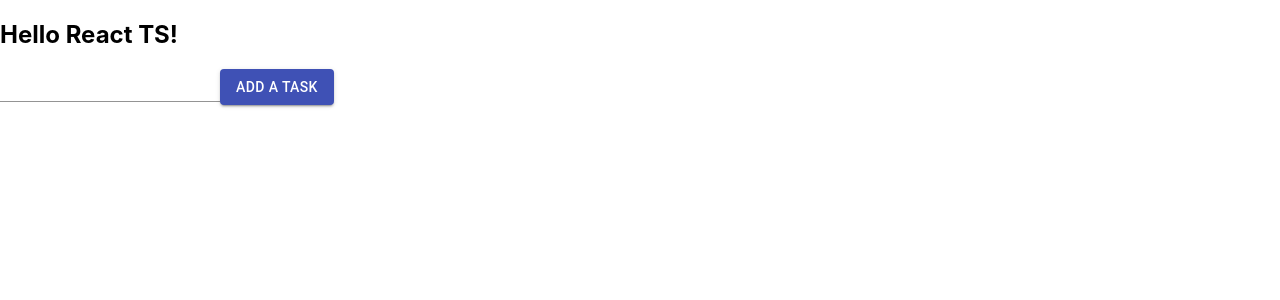
Repository: Salvaaragon/ItemListReact
Page: /
The author's editor kept a copy of each file at every save. The page is drawn from the files as they stood at one save, then again after a run of saves.
The browser window is 1280 px wide. The pictures show the whole page.
The project was rebuilt for these pictures with package versions that can differ from the ones it lists, and the page was loaded fresh each time. Also part of the build but not shown: src/components/TasksListItem.tsx.

Above is the page before, as saved 2019-08-04 11:22:10.

### src/App.tsx
import React, { Component } from 'react';
import { Task } from './models/task';
import { NewTaskForm } from './components/NewTaskForm';
import { TasksList } from './components/TaskList';

interface State {
	newTask: Task;
	tasks: Task[];
}

class App extends Component<{}, State> {

	private addTask = (event: React.FormEvent<HTMLFormElement>) => {
		event.preventDefault();

		this.setState(previousState => ({
			newTask: {
				id: previousState.newTask.id + 1,
				name: ""
			},
			tasks: [...previousState.tasks, previousState.newTask]
		}));
	};

	private handleTaskChange = (event: React.ChangeEvent<HTMLInputElement>) => {
		this.setState({
			newTask: {
				...this.state.newTask,
				name: event.target.value
			}
		});
	};

	private deleteTask = (taskToDelete: Task) => {
		this.setState(previousState => ({
			tasks: [
				...previousState.tasks.filter(task => task.id !== taskToDelete.id)
			]
		}));
	};


	state = {
		newTask: {
			id: 1,
			name: ""
		},
		tasks: []
	}

	render() {
		return(
			<div>
				<h2>Hello React TS!</h2>
				<NewTaskForm
					task={this.state.newTask}
					onAdd={this.addTask}
					onChange={this.handleTaskChange}
				/>
				<TasksList tasks={this.state.tasks} onDelete={this.deleteTask}/>
			</div>
		)
	}
}

export default App;

### src/components/NewTaskForm.tsx
import React, { FunctionComponent } from "react";
import { Task } from "../models/task";
import ReactDOM from 'react-dom';
import Button from '@material-ui/core/Button';
import Input from '@material-ui/core/Input';

interface Props {
    onChange: (event: React.ChangeEvent<HTMLInputElement>) => void;
    onAdd: (event: React.FormEvent<HTMLFormElement>) => void;
    task: Task;
}

export const NewTaskForm: FunctionComponent<Props> = ({
    onChange,
    onAdd,
    task
}) => (
    <div>
        <form onSubmit={onAdd}>
            <Input onChange={onChange} value={task.name}/>
            <Button variant="contained" color="primary" type="submit">Add a task</Button>
        </form>
    </div>
);

### src/components/TaskList.tsx
import React, { FunctionComponent } from "react";

import { Task } from "../models/task";
import { TaskListItem } from "./TasksListItem";

interface Props {
  tasks: Task[];
  onDelete: (task: Task) => void;
}

export const TasksList: FunctionComponent<Props> = ({ tasks, onDelete }) => (
  <ul>
    {tasks.map(task => (
      <TaskListItem task={task} onDelete={onDelete} />
    ))}
  </ul>
);

Loaded but not shown: public/index.html (common file); src/index.tsx (common file); src/index.css (common file); src/serviceWorker.ts (common file)

After the next 2 saves:
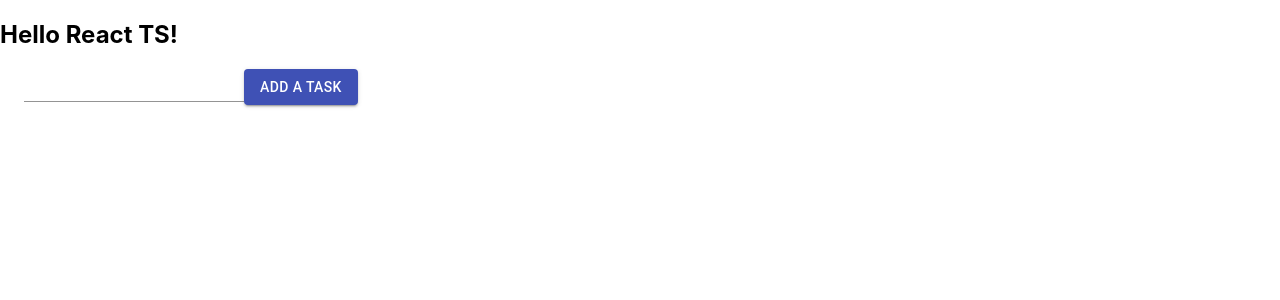
The 2 saves are shown as one change because 1 did not build or start.
The last was saved 69 s later.
--- a/src/components/NewTaskForm.tsx
+++ b/src/components/NewTaskForm.tsx
@@ -3,6 +3,7 @@ import { Task } from "../models/task";
 import ReactDOM from 'react-dom';
 import Button from '@material-ui/core/Button';
 import Input from '@material-ui/core/Input';
+import Container from '@material-ui/core/Container';
 
 interface Props {
     onChange: (event: React.ChangeEvent<HTMLInputElement>) => void;
@@ -15,10 +16,10 @@ export const NewTaskForm: FunctionComponent<Props> = ({
     onAdd,
     task
 }) => (
-    <div>
+    <Container>
         <form onSubmit={onAdd}>
             <Input onChange={onChange} value={task.name}/>
             <Button variant="contained" color="primary" type="submit">Add a task</Button>
         </form>
-    </div>
+    </Container>
 );
